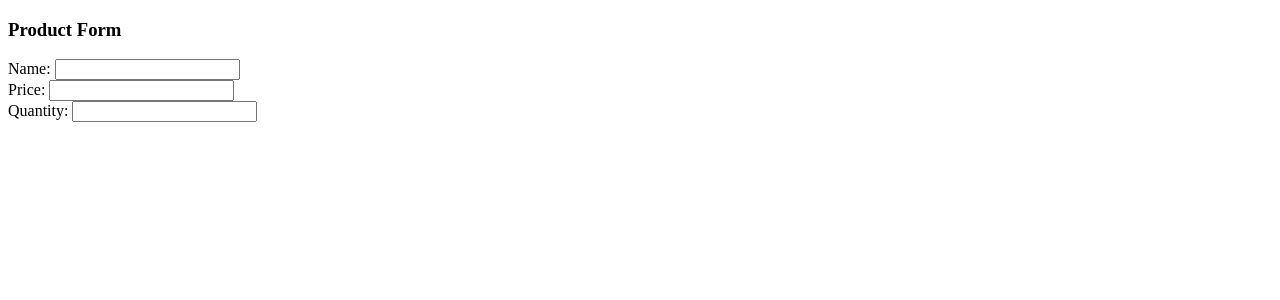
Repository: KritiDangi/JavaEEfullStack
Page: eclipse-workspace/Shopping_App/src/main/webapp/productForm.html
The author's editor kept a copy of each file at every save. The page is drawn from the files as they stood at one save, then again after the next save.
The browser window is 1280 px wide. The pictures show the whole page.

Above is the page before, as saved 2018-07-27 10:22:59.

### eclipse-workspace/Shopping_App/src/main/webapp/productForm.html
<!DOCTYPE html>
<html>
<head>
<meta charset="ISO-8859-1">
<title>Product Form</title>
</head>
<body>
<h3>Product Form</h3>
Name: <input type="text" name="pname"><br>
Price: <input type="number" name="pprice"><br>
Quantity: <input type="number" name="pquantity"><br>
</body>
</html>

After the next save:
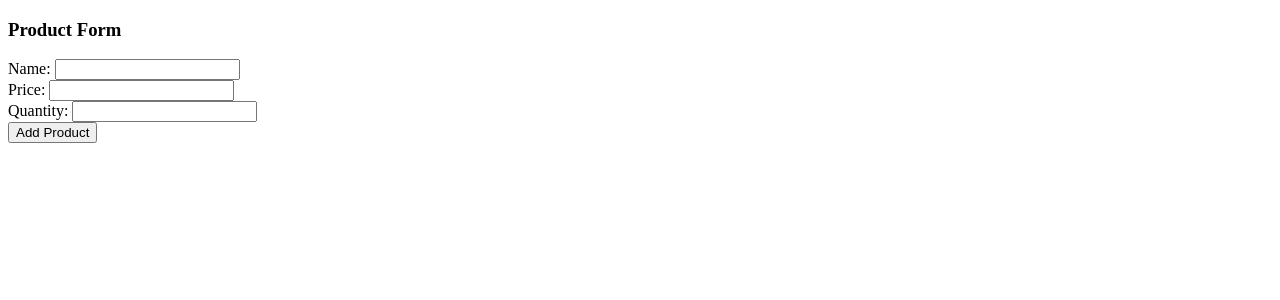
Saved 94 s later.
--- a/eclipse-workspace/Shopping_App/src/main/webapp/productForm.html
+++ b/eclipse-workspace/Shopping_App/src/main/webapp/productForm.html
@@ -6,8 +6,11 @@
 </head>
 <body>
 <h3>Product Form</h3>
+<form action="addProduct.do" method="post">
 Name: <input type="text" name="pname"><br>
 Price: <input type="number" name="pprice"><br>
 Quantity: <input type="number" name="pquantity"><br>
+<button type="submit">Add Product</button>
+</form>
 </body>
 </html>
